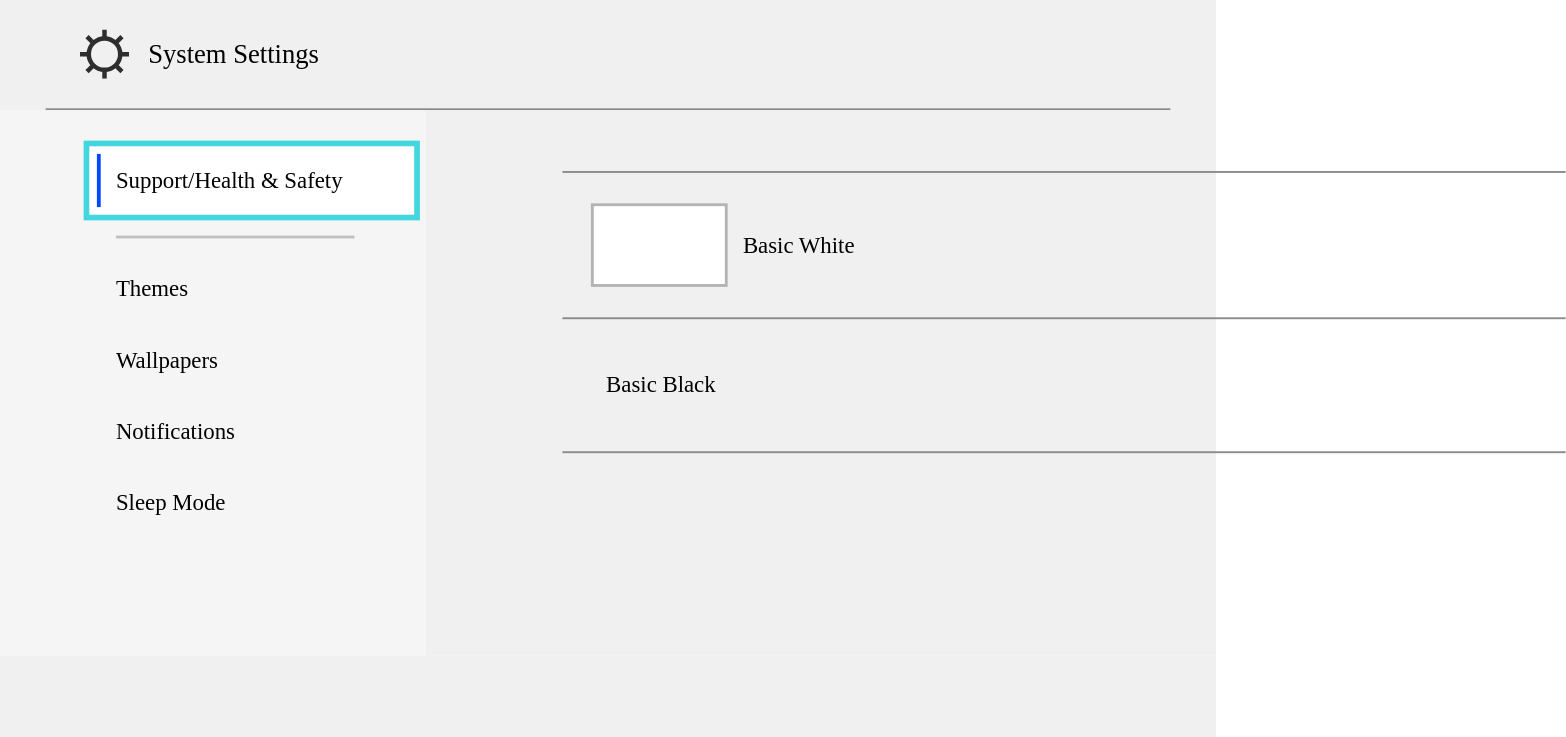
Repository: danielj1415/nintendoSwitchUI2
Page: /settings
The author's editor kept a copy of each file at every save. The page is drawn from the files as they stood at one save, then again after the next save.
The browser window is 1280 px wide. The page is 1648 px wide, so the pictures cover 1648 px, including what lies to the right of the window. The pictures show the whole page, at 95% of full size.
The project was rebuilt for these pictures with package versions that can differ from the ones it lists, and the page was loaded fresh each time. Also part of the build but not shown: vite.config.js, src/ScreenHome.jsx.

Above is the page before, as saved 2024-09-28 18:41:52.

After the next save:
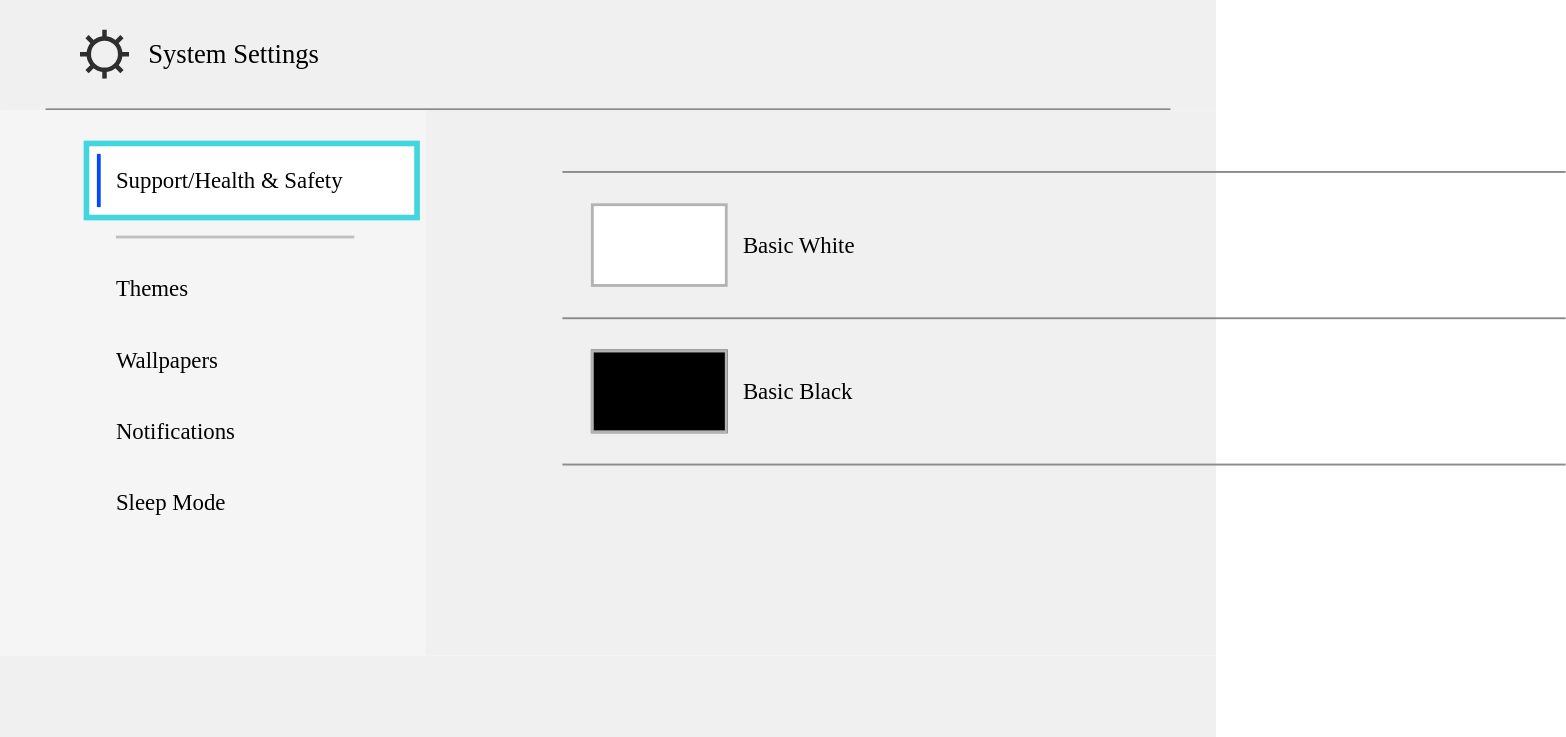
Saved 10 s later.
--- a/src/ScreenSettings.css
+++ b/src/ScreenSettings.css
@@ -141,6 +141,13 @@
         border: 3px solid #B3B3B3;
     }
 
+    .themeBlackRectangle{
+        width: 138px;
+        height: 82px;
+        background-color: black;
+        border: 3px solid #B3B3B3;
+    }
+
     .marginLeft174{
         margin-left: 174px;
     }
